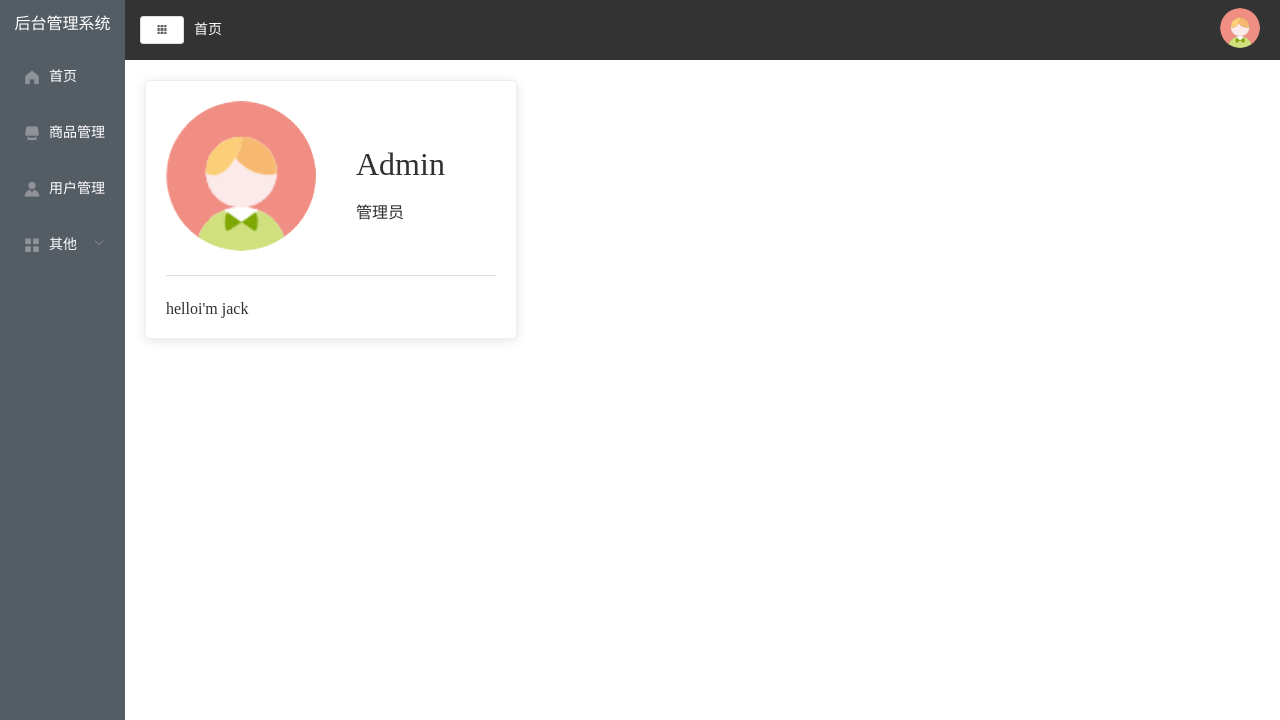
Repository: tkqi/manage
Page: /
The author's editor kept a copy of each file at every save. The page is drawn from the files as they stood at one save, then again after the next save.
The browser window is 1280 px wide. The pictures show the whole page.
The project was rebuilt for these pictures with package versions that can differ from the ones it lists, and the page was loaded fresh each time. Also part of the build but not shown: vue.config.js.

Above is the page before, as saved 2023-12-03 15:45:05.

### src/main.js
import Vue from 'vue'
import App from './App.vue'
import router from './router'
import store from './store'
import ElementUI from 'element-ui';
import 'element-ui/lib/theme-chalk/index.css';

Vue.config.productionTip = false
Vue.use(ElementUI);

new Vue({
  router,
  store,
  render: h => h(App)
}).$mount('#app')

### src/App.vue
<template>
  <div id="app">
    <!-- 路由出口 -->
    <router-view />
  </div>
</template>

<script>
export default {
  name: 'App'
}
</script>

<style lang="less">
html,
body,
h3 {
  margin: 0;
  padding: 0;
}
</style>

### src/router/index.js
import Vue from 'vue'
import VueRouter from 'vue-router'
import routes from './routes'
Vue.use(VueRouter)


const router = new VueRouter({
  routes: routes
})

// 暴露router实例
export default router

### src/store/index.js
import Vue from 'vue'
import Vuex from 'vuex'
import tab from './tab.js'

Vue.use(Vuex)

const store = new Vuex.Store({
  state: {

  },
  getters: {
  },
  mutations: {
  },
  actions: {
  },
  modules: {
    tab
  }
})

export default store;

### src/router/routes.js
export default [
    // 主路由
    {
        path: '/',
        component: () => import('../views/Main.vue'),
        redirect: '/home',// 重定向
        // 子路由
        children: [
            {
                // 首页
                path: '/home',
                // 路由组件懒加载
                component: () => import('../views/Home.vue')
            },
            {
                // 用户管理
                path: '/user',
                component: () => import('../views/User.vue')
            },
            {
                // 商品管理
                path: '/mall',
                component: () => import('../views/Mall.vue')
            },
            {
                // 其他/页面1
                path: '/page1',
                component: () => import('../views/Page1.vue')
            },
            {
                // 其他/页面2
                path: '/page2',
                component: () => import('../views/Page2.vue')
            },
        ]
    },
    {
        path: '/home',
        // 路由组件懒加载
        component: () => import('../views/Home.vue')
    },
    {
        path: '/user',
        component: () => import('../views/User.vue')
    }
]

### src/store/tab.js
// 菜单相关数据
export default {
    state: {
        isCollapse: false
    },
    getters: {
        getisCollapse: (state) => state.isCollapse
    },
    mutations: {
        EDITIsCollapse(state){
            state.isCollapse = !state.isCollapse;
        }
    }
}

### src/views/Main.vue
<!-- eslint-disable vue/multi-word-component-names -->
<template>
    <div>
        <el-container>
            <el-aside width="auto">
                <sidebar />
            </el-aside>
            <el-container>
                <el-header>
                    <topbar />
                </el-header>
                <el-main>
                    <transition>
                        <router-view />
                    </transition>
                </el-main>
            </el-container>
        </el-container>
    </div>
</template>

<script>
import sidebar from '../components/sidebar.vue'
import topbar from '../components/topbar.vue';
export default {
    components: {
        sidebar,
        topbar
    }
}
</script>

<style lang="less" scoped>
.el-header {
    padding: 0;
    margin: 0;
}
</style>

### src/views/Home.vue
<!-- eslint-disable vue/multi-word-component-names -->
<template>
    <el-row>
        <el-col :span="8">
            <div >
                <el-card class="box-card">
                    <div class="user">
                        <img class="img" src="../assets/img/user-default.png" alt="">
                        <div class="user-info">
                            <P class="name">Admin</P>
                            <p class="access">管理员</p>
                        </div>
                    </div>
                    <el-divider></el-divider>
                    <div class="login-info">
                        <span>hello</span>
                        <span>i'm jack</span>
                    </div>
                </el-card>
            </div>
        </el-col>
        <el-col :span="16">
            <div class="grid-content bg-purple-light"></div>
        </el-col>
    </el-row>
</template>

<script>
export default {
    data() {
        return {

        }
    }
}
</script>
<style lang="less" scoped>
.user{
    display: flex;
    align-items: center;
    padding-right: 0px;
    .user-info{
        .name{
            font-size: 32px;
            margin-bottom: 10px;
        }
    }
    img{
        height: 150px;
        width:150px;
        border-radius: 50%;
        margin-right: 40px;
    }
}
</style>

### src/components/sidebar.vue
<!-- eslint-disable vue/multi-word-component-names -->
<template>
    <el-menu class="menu" @open="handleOpen" @close="handleClose" :collapse="isCollapse" background-color="#545c64"
        text-color="#fff" active-text-color="#ffd04b">
        <h3>{{ !isCollapse?'后台管理系统':'后台' }}</h3>
        <el-menu-item v-for="item in noChildren" :key="item.name" :index="item.name" @click="clickMenu(item)">
            <i :class="`el-icon-${item.icon}`"></i>
            <span slot="title">{{ item.label }}</span>
        </el-menu-item>
        <el-submenu v-for="item in hasChildren" :key="item.label" :index="item.label">
            <template slot="title">
                <i :class="`el-icon-${item.icon}`"></i>
                <span slot="title">{{ item.label }}</span>
            </template>
            <el-menu-item-group v-for="subitem in item.children" :key="subitem.name">
                <el-menu-item :index="subitem.name" @click="clickSubmenu(subitem)">
                    <!-- <template slot="title"> -->
                    <i :class="`el-icon-${subitem.icon}`"></i>
                    <span slot="title">{{ subitem.name }}</span>
                    <!-- </template> -->
                </el-menu-item>
            </el-menu-item-group>
        </el-submenu>
    </el-menu>
</template>

<script>
export default {
    computed: {
        // 无子菜单
        noChildren() {
            return this.menuData.filter(o => !o.children);
        },
        // 有子菜单
        hasChildren() {
            return this.menuData.filter(o => o.children);
        },
        isCollapse() {
           return this.$store.state.tab.isCollapse;
        }
    },
    data() {
        return {
            // 使用store实时改变属性需要定义到computed
            // isCollapse: this.$store.getters('getisCollapse'),
            menuData: [
                {
                    path: '/',
                    name: 'home',
                    label: "首页",
                    icon: 's-home',
                    url: 'Home/Home'
                },
                {
                    path: '/mall',
                    name: 'mall',
                    label: "商品管理",
                    icon: 's-shop',
                    url: 'MallManage/MallManage'
                },
                {
                    path: '/user',
                    name: 'user',
                    label: "用户管理",
                    icon: 's-custom',
                    url: 'UserManage/UserManage'
                },
                {
                    label: '其他',
                    icon: 'menu',
                    children: [
                        {
                            path: '/page1',
                            name: 'page1',
                            label: "页面1",
                            icon: 's-claim',
                            url: 'Other/PageOne'
                        },
                        {
                            path: '/page2',
                            name: 'page2',
                            label: "页面2",
                            icon: 's-claim',
                            url: 'Other/PageTwo'
                        },
                    ]
                }
            ]
        };
    },
    methods: {
        handleOpen(key, keyPath) {
            console.log(key, keyPath);
        },
        handleClose(key, keyPath) {
            console.log(key, keyPath);
        },
        clickMenu(item) {
            console.log(this.$router.currentRoute.path);
            // 判断当前路由于点击链接的路由不一致才跳转
            if (item.path != this.$route.path && !(this.$route.path == '/home' && item.path == '/'))
                this.$router.push(item.path);
        },
        clickSubmenu(subitem) {
            // 判断当前路由于点击链接的路由不一致才跳转
            if (subitem.path != this.$route.path)
                this.$router.push(subitem.path);
        }
    }
}
</script>

<style lang="less" scoped>
.el-menu-vertical-demo:not(.el-menu--collapse) {
    width: 200px;
    min-height: 400px;
}

.menu {
    height: 100vh;
    border-right:0;
    h3 {
        color: rgb(255, 255, 255);
        text-align: center;
        line-height: 48px;
        font-size: 16px;
        font-weight: 400;
    }
}
</style>

### src/components/topbar.vue
<!-- eslint-disable vue/multi-word-component-names -->
<template>
    <div class="head-container">
        <div class="l-content">
            <el-button icon="el-icon-s-grid" size="mini" @click="changeCollapse()"/>
            <!-- 面包屑 -->
            <span class="text">首页</span>
        </div>
        <div class="r-content">
            <el-dropdown>
                <span class="el-dropdown-link">
                    <img class="img" src="../assets/img/user-default.png" alt="">
                </span>
                <el-dropdown-menu slot="dropdown">
                    <el-dropdown-item>个人中心</el-dropdown-item>
                    <el-dropdown-item>退出</el-dropdown-item>
                </el-dropdown-menu>
            </el-dropdown>
        </div>
    </div>
</template>

<script>
export default {
    data(){
        return{

        }
    },
    methods:{
        changeCollapse(){
            console.log(1);
            this.$store.commit('EDITIsCollapse');
        }
    }
}
</script>

<style lang="less" scoped>
.head-container {
    background-color: #333;
    height: 60px;
    display: flex;
    justify-content: space-between;
    align-items: center;
    padding-left: 15px;
    padding-right: 20px;
}

// .l-content {
//     padding-left: 15px;
// }

// .r-content {}

.text {
    color: white;
    font-size: 14px;
    padding-left: 10px;
}

.img{
    height: 40px;
    width: 40px;
    border-radius: 50%;
}
</style>

Loaded but not shown: public/index.html (common file)

After the next save:
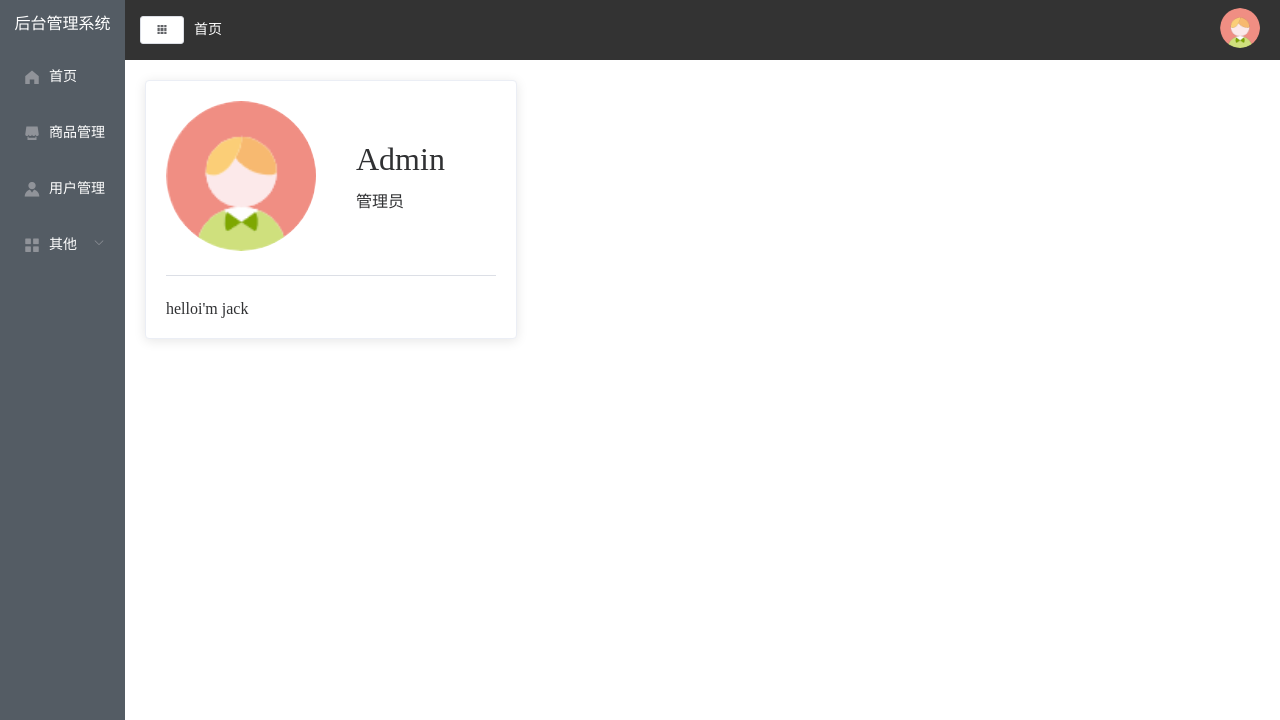
Saved 73 s later.
--- a/src/App.vue
+++ b/src/App.vue
@@ -14,7 +14,8 @@ export default {
 <style lang="less">
 html,
 body,
-h3 {
+h3,
+p {
   margin: 0;
   padding: 0;
 }
